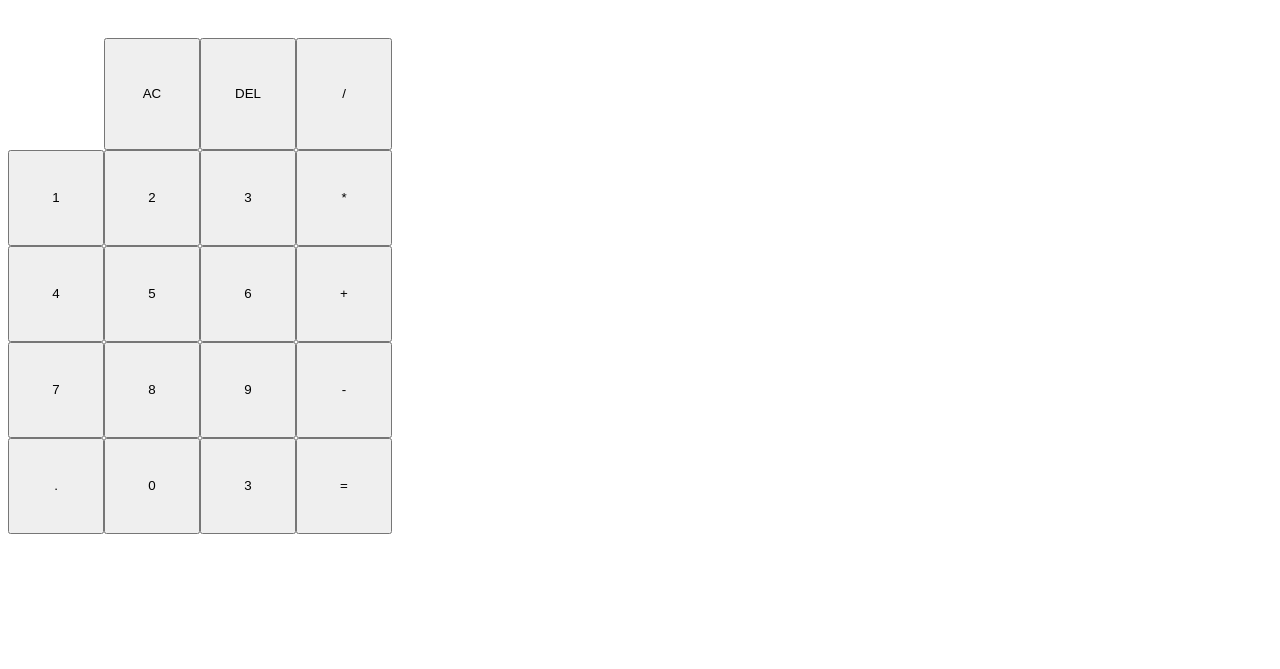
Repository: khadergw/calculator
Page: / (app in calculator/)
These files come from the project's save history. The page is drawn as it stood at one moment and after the next save; the edit follows.
The browser window is 1280 px wide. The pictures show the whole page.
The project was rebuilt for these pictures with package versions that can differ from the ones it lists, and the page was loaded fresh each time. Also part of the build but not shown: calculator/src/App.css.

Above is the page before, as saved 2022-09-10 23:19:32.

### calculator/src/App.js
import './App.css';
import './styles.css';

function App() {
  return (
    <div className="CalGrid">
      <div className='output'>
        <div className='prevOper'></div>
        <div className='currOper'></div>
      </div>
      <button className='wider'>AC</button>
      <button>DEL</button>
      <button>/</button>
      <button>1</button>
      <button>2</button>
      <button>3</button>
      <button>*</button>
      <button>4</button>
      <button>5</button>
      <button>6</button>
      <button>+</button>
      <button>7</button>
      <button>8</button>
      <button>9</button>
      <button>-</button>
      <button>.</button>
      <button>0</button>
      <button>3</button>
      <button className='wider'>=</button>


    </div>
  );
}

export default App;

### calculator/src/styles.css
.CalGrid {
  display: grid;
  margin-top: 3%;
  grid-template-columns: repeat(4, 6rem);
  grid-template-rows: minmax(7rem, auto) repeat(5, 6rem);

}

Loaded but not shown: calculator/public/index.html (common file); calculator/src/index.js (common file)

After the next save:
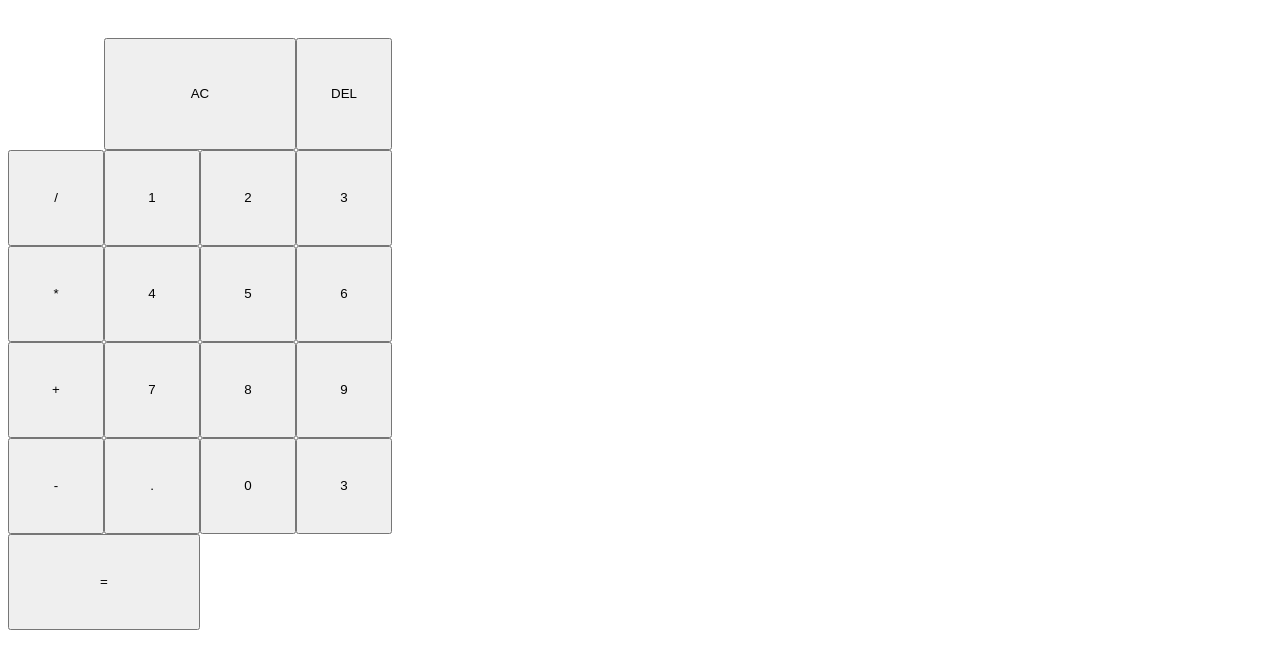
Saved 2 min 21 s later.
--- a/calculator/src/styles.css
+++ b/calculator/src/styles.css
@@ -3,5 +3,8 @@
   margin-top: 3%;
   grid-template-columns: repeat(4, 6rem);
   grid-template-rows: minmax(7rem, auto) repeat(5, 6rem);
+}
 
+.wider {
+  grid-column: span 2;
 }

After the save that followed:
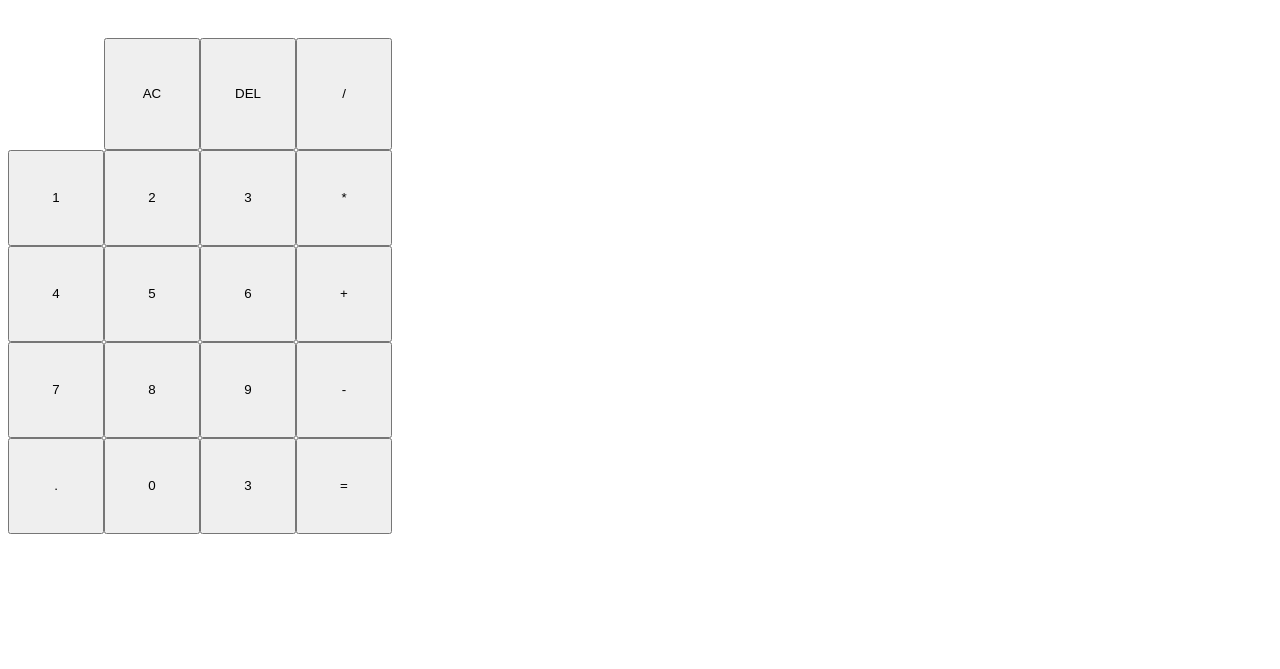
Saved 29 s later.
--- a/calculator/src/styles.css
+++ b/calculator/src/styles.css
@@ -4,7 +4,3 @@
   grid-template-columns: repeat(4, 6rem);
   grid-template-rows: minmax(7rem, auto) repeat(5, 6rem);
 }
-
-.wider {
-  grid-column: span 2;
-}
